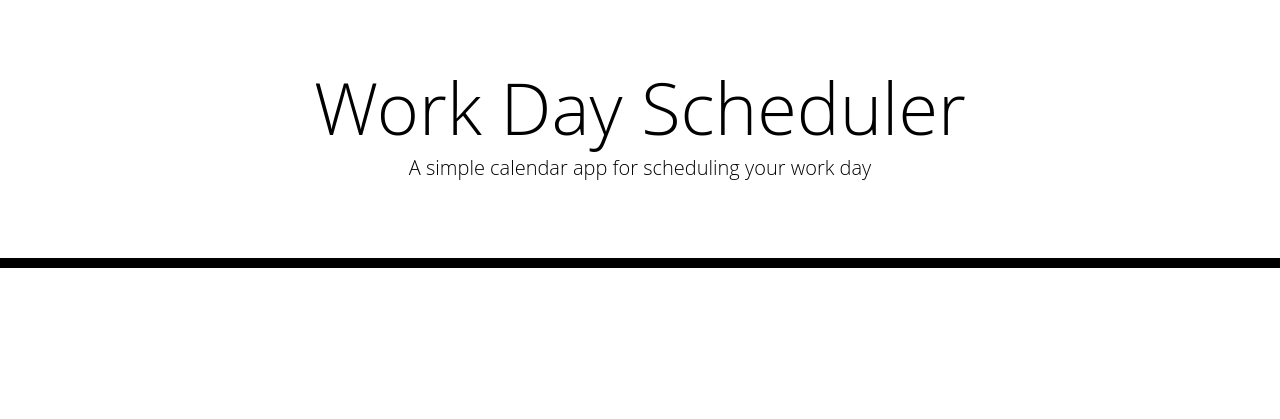
Repository: kkyler24/DayPlanner
Page: Index.html
An editor plug-in stored every save of this project. The page is shown before and after the next save, followed by the edit.
The browser window is 1280 px wide. The pictures show the whole page.
Some web libraries are served in a nearby version.

Above is the page before, as saved 2020-04-02 13:15:32.

### Index.html
<!DOCTYPE html>
<html lang="en">
<head>
    <meta charset="UTF-8">
    <meta name="viewport" content="width=device-width, initial-scale=1.0">
    <!-- Style Sheets -->
    <link rel="stylesheet" href="https://maxcdn.bootstrapcdn.com/bootstrap/4.0.0/css/bootstrap.min.css" integrity="sha384-Gn5384xqQ1aoWXA+058RXPxPg6fy4IWvTNh0E263XmFcJlSAwiGgFAW/dAiS6JXm" crossorigin="anonymous">
    <link rel="stylesheet" type="text/CSS" href="Assets/todocss/todostyles.css">
    <link rel="stylesheet"  type="text/CSS" href="style.css">
    <title>Planner</title>
</head>
<body>
<Main>
    <!-- <----Scheduler -->
    <header class="jumbotron">
        <h1 class="display-3">Work Day Scheduler</h1>
        <p class="lead">A simple calendar app for scheduling your work day</p>
        <p id="currentDay" class="lead"></p>
    </header>
      <div class="container">
        <!-- Timeblocks go here -->
      </div>



<!--Todolist todo list Set up -->
<Div style="display: none">
<Section>
    <div id="ContainerTodo">
        <H1>Today's To-Do List</H1>
        <input type="text">
        <ul>
            <li><span>X</span> Go to Gym</li>
            <li><span>X</span> Finish H.W</li>
            <li><span>X</span> Take over the World</li>
        </ul>


         </div>
 <!-- calendar set up -->
    <div class="container col-sm-4 col-md-7 col-lg-4 mt-5">
        <div class="card">
            <h3 class="card-header" id="monthAndYear"></h3>
            <table class="table table-bordered table-responsive-md" id="calendar">
                <thead>
                <tr>
                    <th>Sun</th>
                    <th>Mon</th>
                    <th>Tue</th>
                    <th>Wed</th>
                    <th>Thu</th>
                    <th>Fri</th>
                    <th>Sat</th>
                </tr>
                </thead>

                <tbody id="calendar-body">

                </tbody>
            </table>

            <div class="form-inline">

                <button class="btn btn-outline-primary col-sm-6" id="previous" onclick="previous()">Previous</button>

                <button class="btn btn-outline-primary col-sm-6" id="next" onclick="next()">Next</button>
            </div>
            <br/>
            <form class="form-inline">
                <label class="lead mr-2 ml-2" for="month">Jump To: </label>
                <select class="form-control col-sm-4" name="month" id="month" onchange="jump()">
                    <option value=0>Jan</option>
                    <option value=1>Feb</option>
                    <option value=2>Mar</option>
                    <option value=3>Apr</option>
                    <option value=4>May</option>
                    <option value=5>Jun</option>
                    <option value=6>Jul</option>
                    <option value=7>Aug</option>
                    <option value=8>Sep</option>
                    <option value=9>Oct</option>
                    <option value=10>Nov</option>
                    <option value=11>Dec</option>
                </select>


                <label for="year"></label><select class="form-control col-sm-4" name="year" id="year" onchange="jump()">

                <option value=2020>2020</option>
                <option value=2021>2021</option>
                <option value=2022>2022</option>
                <option value=2023>2023</option>
                <option value=2024>2024</option>
                <option value=2025>2025</option>
                <option value=2026>2026</option>
                <option value=2027>2027</option>
                <option value=2028>2028</option>
                <option value=2029>2029</option>
                <option value=2030>2030</option>
                <option value=2030>2030</option>
                <option value=2030>2030</option>
                <option value=2030>2030</option>
                <option value=2030>2030</option>
            </select></form>
        </div>
    </div>
    <!--<button name="jump" onclick="jump()">Go</button>-->
</sectiontwo>

</Main>

<script src="https://code.jquery.com/jquery-3.2.1.slim.min.js" integrity="sha384-KJ3o2DKtIkvYIK3UENzmM7KCkRr/rE9/Qpg6aAZGJwFDMVNA/GpGFF93hXpG5KkN" crossorigin="anonymous"></script>
<script src="https://cdnjs.cloudflare.com/ajax/libs/popper.js/1.12.9/umd/popper.min.js" integrity="sha384-ApNbgh9B+Y1QKtv3Rn7W3mgPxhU9K/ScQsAP7hUibX39j7fakFPskvXusvfa0b4Q" crossorigin="anonymous"></script>
<script src="https://maxcdn.bootstrapcdn.com/bootstrap/4.0.0/js/bootstrap.min.js" integrity="sha384-JZR6Spejh4U02d8jOt6vLEHfe/JQGiRRSQQxSfFWpi1MquVdAyjUar5+76PVCmYl" crossorigin="anonymous"></script>
<script <script src="https://cdnjs.cloudflare.com/ajax/libs/moment.js/2.24.0/moment.min.js"></script>
<script type="text/javascript" src="javascript.js"></script>
<script type="text/javascript" src="Assets/todo JS/todo.js"></script>
</body>
</html>

### Assets/todocss/todostyles.css
/* #ContainerTodo{
  border: 2px solid teal ;
  border-radius:10px ;
  width: 400px;
  margin-top:3rem;
  margin-left:200px ;
  float: left;

} */


Planner

.past{
  background-color: grey;
}
.present {
  background-color: red;
}
.future {
  background-color: green;
}
.column-small {
  flex-grow: 1;
  display: inline-block;
  text-align: center;
  height: 25px;
  width: 25px;
  border-top: 1px solid black;
  border-radius: 2.5px;
}
.column-large {
  flex-grow: 10;
  display: inline-block;
  text-align: center;
}
.left {
  border-right: 1px solid black;
  background-color: maroon;
  color: white;
  background-image: linear-gradient(to right, white, maroon);
}
.right {
  border-left: 1px solid black;
  cursor: pointer;
}
.middle {
  border-bottom: 1px solid black;
  background-color: beige;
}
#date {
  margin: auto;
  text-align: center;
  height: 50px;
  width: 50%;
  font-weight: bold;
  font-size: 1.3em;
}
form {
  display: flex;
}

### style.css
/* .container{
    margin-right: 150px;
    margin-top: 3rem;
    float: left;
    border: 2px solid teal;
    border-radius: 10px;
} */

body {
    font-family: 'Open Sans', sans-serif;
    font-size: 16px;
    line-height: 1;
  }

  textarea{
    background: transparent;
    border: none;
    resize: none;
    color: #000000;
    border-left: 1px solid black;
    padding: 10px;
  }

  .jumbotron {
    text-align: center;
    background-color: transparent;
    color: black;
    border-radius: 0;
    border-bottom: 10px solid black;
  }

  .description{
    white-space: pre-wrap;
  }

  .time-block{
    text-align: center;
    border-radius: 15px;
  }

  .row {
    white-space: pre-wrap;
    height: 80px;
    border-top: 1px solid white;;
  }

  .hour {
    background-color: #ffffff;
    color: #000000;
    border-top: 1px dashed #000000;
  }

  .past {
    background-color: #d3d3d3;
    color: white;
  }

  .present {
    background-color: #ff6961;
    color: white;
  }

  .future {
    background-color: #77dd77;
    color: white;
  }

  .saveBtn {
    border-left: 1px solid black;
    border-top-right-radius: 15px;
    border-bottom-right-radius: 15px;
    background-color: #06AED5;
    color: white;
  }

  .saveBtn i:hover {
    font-size: 20px;
    transition: all .3s ease-in-out;
  }

### javascript.js
let today = new Date();
let currentMonth = today.getMonth();
let currentYear = today.getFullYear();
let selectYear = document.getElementById("year");
let selectMonth = document.getElementById("month");


let months = ["January", "February", "March", "April", "May", "June", "July", "August", "September", "October", "November", "December"];

let monthAndYear = document.getElementById("monthAndYear");
showCalendar(currentMonth, currentYear);

function showCalendar(month, year){

    let firstDay =(new Date(year, month)).getDay();
    let daysInMonth = 32- new Date(year, month, 32).getDate();

    // -->body of the Calendar<--
    let tbl = document.getElementById("calendar-body");


// -->clear previous cells, for new month<--
    tbl.innerHTML="";

    monthAndYear.innerHTML= months[months]+" "+ year;

    // --> create cells for Calendar<--
    let date = 1;
    for(let i = 0; i < 6; i++){
        let row  = document.createElement("tr");
        // --> creating table rows. not really sure about the 6 part. inquire why you need a 6 and not a 7-->

        // creating indivdual cells, and putting data in them.

        for(let j = 0; j < 7; j++){
            if(i===0 && j< firstDay){
                let cell = document.createElement("td");
                let cellText = document.createTextNode("");
                cell.appendChild(cellText);
                row.appendChild(cell);
            }
            else if(date > daysInMonth)
             { break;

        }
        else {
            let cell = document.createElement("td");
            let cellText = document.createTextNode(date);
            if(date ===today.getDate() && year === today.getFullYear() && month === today.getMonth()){
                cell.classList.add
                // --> bootstrap colors, try to get a wider variety of colors <--
                ("bg-info");
            }
            cell.appendChild(cellText);
            row.appendChild(cell);


        }
        date++;

        }

        tbl.appendChild(row);

    }

}

function previous(){
    currentYear =( currentMonth === 0)? currentYear -1 : currentYear;
    currentMonth = currentMonth === 0? 11:currentMonth-1;
    showCalendar(currentMonth, currentYear);
}

function next(){
    currentYear = (currentMonth ===11)? currentYear + 1: currentYear;
    currentMonth = (currentMonth + 1) % 12;
    showCalendar (currentMonth, currentYear);

}
// To do list set up

### Assets/todo JS/todo.js
// check off to do list items and change colors for different stages// in progress<--
$("li").dblclick(function () {
        if($(this).css("color") === "rgb(11, 209, 170)"){
            $(this).css({
                color: "gray",
                textDecoration: "line-through"
            });
        }
        else{
            $(this).css({
            color: "rgb(11, 209, 170)",
            textDecoration: "none",
            fontWeight: "bold"
        });
    }
});

$("li").click(function () {
    // if Li is grey how do we change it back to black?
    if($(this).css("color") === "rgb(128, 128, 128)"){
        $(this).css({
            color: "black",
            textDecoration: "none"
        });
    }
    else{
        $(this).css({
        color: "gray",
        textDecoration: "line-through"
    });
}
});



// Planner-->

After the next save:
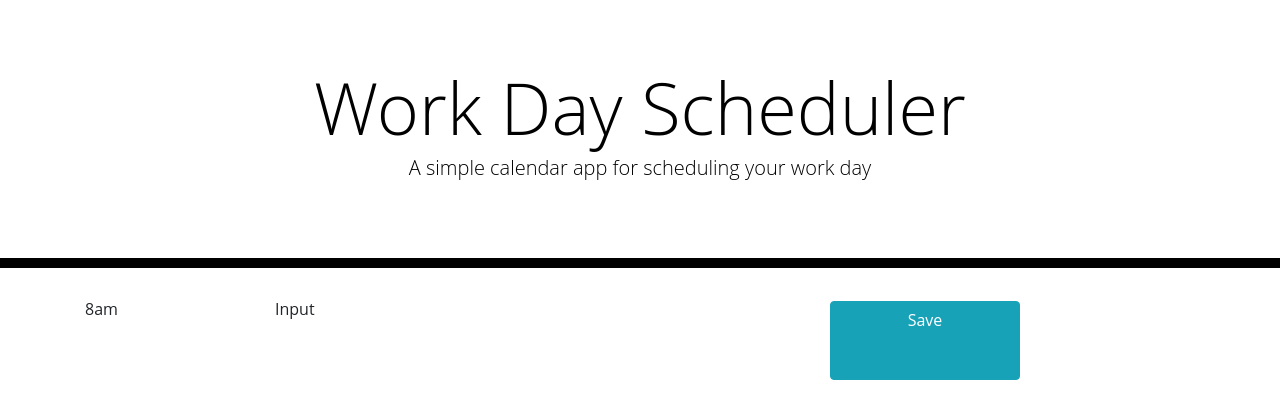
Saved 10 min 3 s later.
--- a/Index.html
+++ b/Index.html
@@ -18,7 +18,14 @@
         <p id="currentDay" class="lead"></p>
     </header>
       <div class="container">
-        <!-- Timeblocks go here -->
+      <div class="row">
+          <div class="col-sm-2">8am</div>
+          <div class="col-sm-6">Input</div>
+          <div class="col-sm-2 btn btn-info">Save</div>
+      </div>
+
+
+
       </div>
 
 
